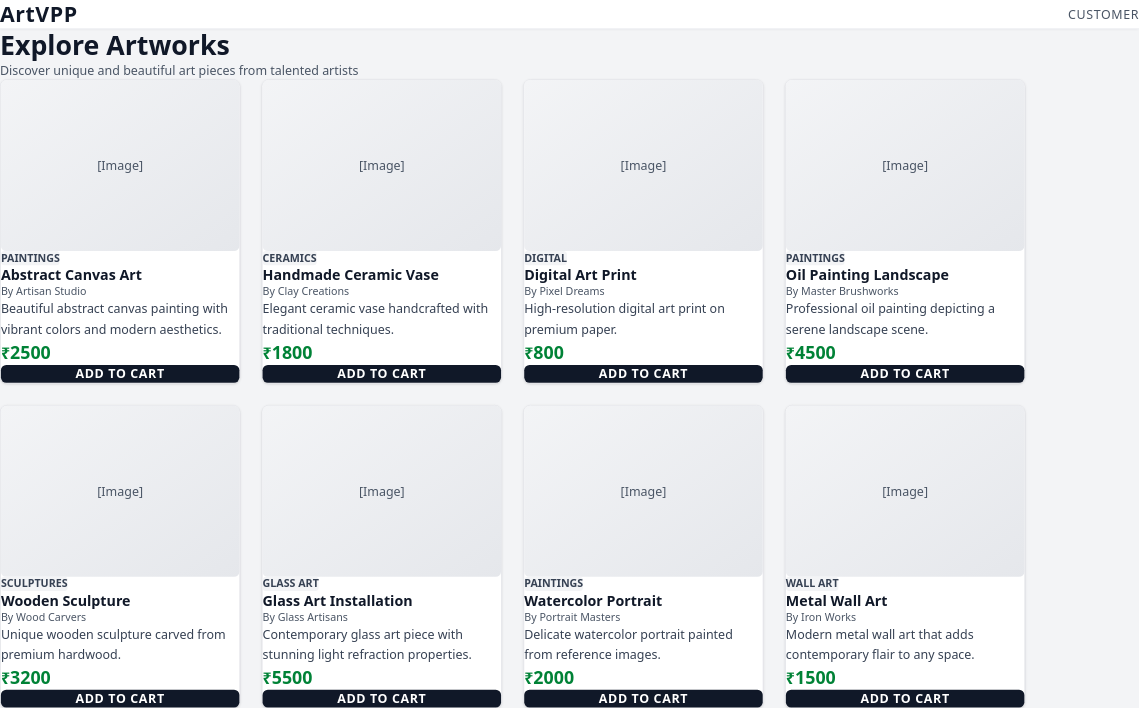
Repository: rushikesh-kolpe21/artvpp
Page: / (app in frontend/)
An editor plug-in stored every save of this project. The page is shown before and after the next save, followed by the edit.
The browser window is 1280 px wide. The pictures show the whole page, at 89% of full size.
The project was rebuilt for these pictures with package versions that can differ from the ones it lists, and the page was loaded fresh each time. Also part of the build but not shown: frontend/vite.config.js.

Above is the page before, as saved 2026-02-06 15:26:43.

### frontend/src/index.css
@import "tailwindcss";

* {
  margin: 0;
  padding: 0;
  box-sizing: border-box;
}

html, body, #root {
  height: 100%;
  width: 100%;
}

### frontend/src/App.jsx
import CustomerDashboard from './CustomerDashboard'

function App() {
  return <CustomerDashboard />
}

export default App

### frontend/src/CustomerDashboard.jsx
import Navbar from './components/Navbar';
import ProductCard from './components/ProductCard';
import { products } from './data/products';

function CustomerDashboard() {
  return (
    <div className="bg-gray-100 min-h-screen">
      <Navbar />

      <div className="max-w-6xl mx-auto px-4 py-8 sm:px-6 lg:px-8">
        <div className="mb-8">
          <h1 className="text-3xl font-bold text-gray-900 mb-2">Explore Artworks</h1>
          <p className="text-gray-600 text-sm">Discover unique and beautiful art pieces from talented artists</p>
        </div>

        {products.length > 0 ? (
          <div className="grid grid-cols-1 sm:grid-cols-2 lg:grid-cols-3 xl:grid-cols-4 gap-6">
            {products.map((product) => (
              <ProductCard key={product.id} product={product} />
            ))}
          </div>
        ) : (
          <div className="text-center py-16 text-gray-600">
            <h2 className="text-xl mb-2 text-gray-900">No Products Available</h2>
            <p className="text-sm">Check back soon for amazing artworks!</p>
          </div>
        )}
      </div>
    </div>
  );
}

export default CustomerDashboard;

### frontend/src/components/Navbar.jsx
function Navbar() {
  return (
    <nav className="bg-white border-b border-gray-200 px-8 py-4 shadow-sm sticky top-0 z-100">
      <div className="flex justify-between items-center">
        <div className="text-2xl font-bold text-gray-900 tracking-wide">ArtVPP</div>
        <div className="text-sm font-medium text-gray-600 uppercase tracking-wider">Customer</div>
      </div>
    </nav>
  );
}

export default Navbar;

### frontend/src/components/ProductCard.jsx
function ProductCard({ product }) {
  const handleAddToCart = () => {
    alert(`"${product.name}" added to cart!`);
  };

  return (
    <div className="bg-white border border-gray-200 rounded-lg p-5 flex flex-col h-full shadow-sm hover:shadow-lg hover:-translate-y-0.5 transition-all duration-300">
      <div className="w-full h-48 bg-gradient-to-br from-gray-100 to-gray-200 rounded-md mb-4 flex items-center justify-center text-gray-600 text-sm text-center">
        [Image]
      </div>

      <span className="inline-block bg-gray-100 text-gray-700 px-2.5 py-1 rounded text-xs font-semibold uppercase mb-2.5 w-fit">
        {product.category}
      </span>

      <h3 className="text-base font-bold text-gray-900 mb-2 leading-snug">
        {product.name}
      </h3>

      <p className="text-xs text-gray-600 mb-3 font-medium">By {product.vendor}</p>

      <p className="text-sm text-gray-700 mb-4 line-clamp-2 flex-grow leading-relaxed">
        {product.description}
      </p>

      <div className="text-xl font-bold text-green-700 mb-4">
        <span className="text-lg">₹</span>{product.price}
      </div>

      <button
        className="w-full py-3 px-4 bg-gray-900 text-white rounded-md font-semibold uppercase text-sm tracking-wider hover:bg-gray-800 active:scale-95 transition-all duration-200"
        onClick={handleAddToCart}
      >
        Add to Cart
      </button>
    </div>
  );
}

export default ProductCard;

### frontend/src/data/products.js
export const products = [
  {
    id: 1,
    name: "Abstract Canvas Art",
    category: "Paintings",
    price: 2500,
    vendor: "Artisan Studio",
    description: "Beautiful abstract canvas painting with vibrant colors and modern aesthetics."
  },
  {
    id: 2,
    name: "Handmade Ceramic Vase",
    category: "Ceramics",
    price: 1800,
    vendor: "Clay Creations",
    description: "Elegant ceramic vase handcrafted with traditional techniques."
  },
  {
    id: 3,
    name: "Digital Art Print",
    category: "Digital",
    price: 800,
    vendor: "Pixel Dreams",
    description: "High-resolution digital art print on premium paper."
  },
  {
    id: 4,
    name: "Oil Painting Landscape",
    category: "Paintings",
    price: 4500,
    vendor: "Master Brushworks",
    description: "Professional oil painting depicting a serene landscape scene."
  },
  {
    id: 5,
    name: "Wooden Sculpture",
    category: "Sculptures",
    price: 3200,
    vendor: "Wood Carvers",
    description: "Unique wooden sculpture carved from premium hardwood."
  },
  {
    id: 6,
    name: "Glass Art Installation",
    category: "Glass Art",
    price: 5500,
    vendor: "Glass Artisans",
    description: "Contemporary glass art piece with stunning light refraction properties."
  },
  {
    id: 7,
    name: "Watercolor Portrait",
    category: "Paintings",
    price: 2000,
    vendor: "Portrait Masters",
    description: "Delicate watercolor portrait painted from reference images."
  },
  {
    id: 8,
    name: "Metal Wall Art",
    category: "Wall Art",
    price: 1500,
    vendor: "Iron Works",
    description: "Modern metal wall art that adds contemporary flair to any space."
  }
];

Loaded but not shown: frontend/index.html (common file); frontend/src/main.jsx (common file)

After the next save:
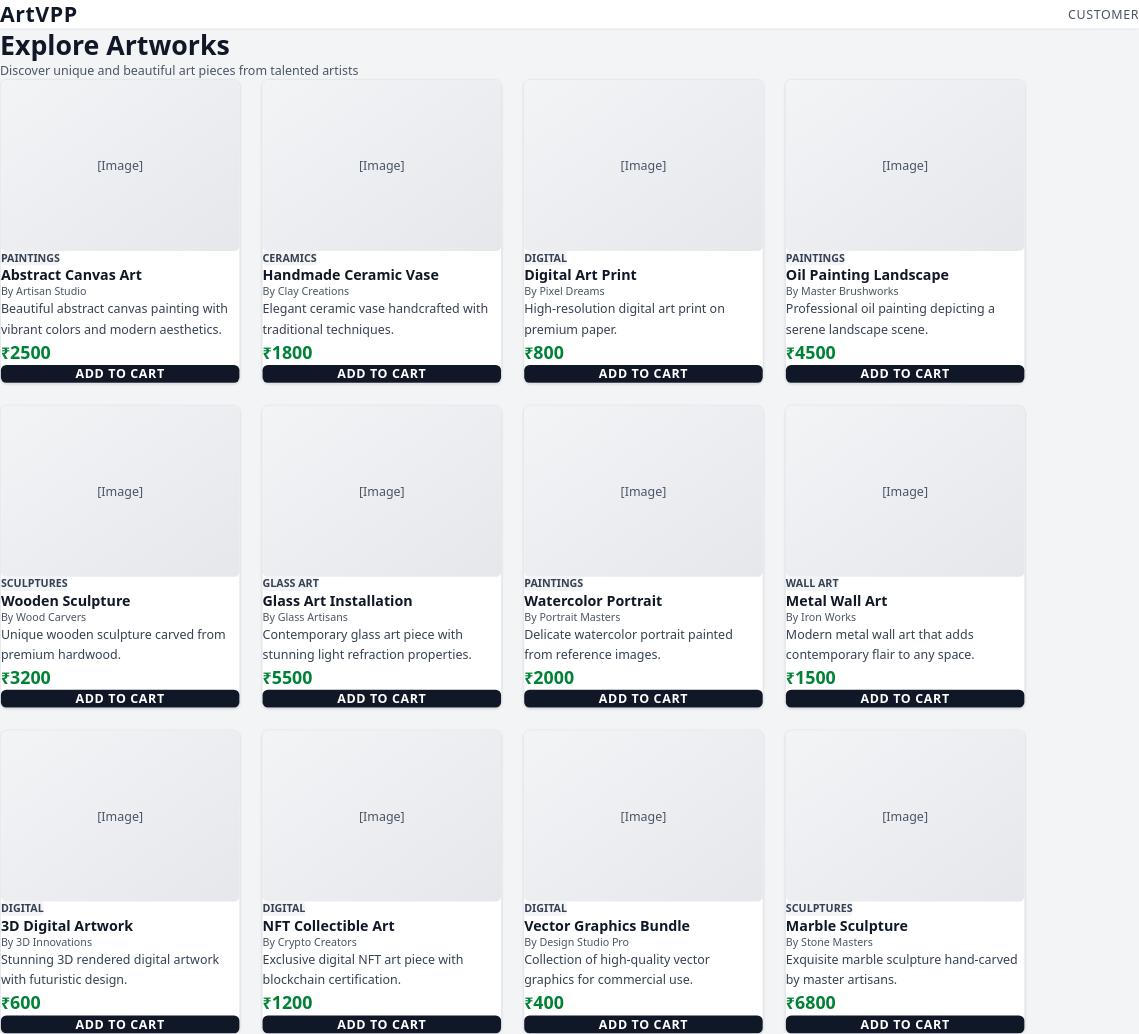
Saved 12 min 33 s later.
--- a/frontend/src/data/products.js
+++ b/frontend/src/data/products.js
@@ -3,6 +3,7 @@ export const products = [
     id: 1,
     name: "Abstract Canvas Art",
     category: "Paintings",
+    mainCategory: "Art Products",
     price: 2500,
     vendor: "Artisan Studio",
     description: "Beautiful abstract canvas painting with vibrant colors and modern aesthetics."
@@ -11,6 +12,7 @@ export const products = [
     id: 2,
     name: "Handmade Ceramic Vase",
     category: "Ceramics",
+    mainCategory: "Art Products",
     price: 1800,
     vendor: "Clay Creations",
     description: "Elegant ceramic vase handcrafted with traditional techniques."
@@ -19,6 +21,7 @@ export const products = [
     id: 3,
     name: "Digital Art Print",
     category: "Digital",
+    mainCategory: "Digital Art",
     price: 800,
     vendor: "Pixel Dreams",
     description: "High-resolution digital art print on premium paper."
@@ -27,6 +30,7 @@ export const products = [
     id: 4,
     name: "Oil Painting Landscape",
     category: "Paintings",
+    mainCategory: "Art Products",
     price: 4500,
     vendor: "Master Brushworks",
     description: "Professional oil painting depicting a serene landscape scene."
@@ -35,6 +39,7 @@ export const products = [
     id: 5,
     name: "Wooden Sculpture",
     category: "Sculptures",
+    mainCategory: "Art Products",
     price: 3200,
     vendor: "Wood Carvers",
     description: "Unique wooden sculpture carved from premium hardwood."
@@ -43,6 +48,7 @@ export const products = [
     id: 6,
     name: "Glass Art Installation",
     category: "Glass Art",
+    mainCategory: "Art Products",
     price: 5500,
     vendor: "Glass Artisans",
     description: "Contemporary glass art piece with stunning light refraction properties."
@@ -51,6 +57,7 @@ export const products = [
     id: 7,
     name: "Watercolor Portrait",
     category: "Paintings",
+    mainCategory: "Art Products",
     price: 2000,
     vendor: "Portrait Masters",
     description: "Delicate watercolor portrait painted from reference images."
@@ -59,8 +66,45 @@ export const products = [
     id: 8,
     name: "Metal Wall Art",
     category: "Wall Art",
+    mainCategory: "Art Products",
     price: 1500,
     vendor: "Iron Works",
     description: "Modern metal wall art that adds contemporary flair to any space."
+  },
+  {
+    id: 9,
+    name: "3D Digital Artwork",
+    category: "Digital",
+    mainCategory: "Digital Art",
+    price: 600,
+    vendor: "3D Innovations",
+    description: "Stunning 3D rendered digital artwork with futuristic design."
+  },
+  {
+    id: 10,
+    name: "NFT Collectible Art",
+    category: "Digital",
+    mainCategory: "Digital Art",
+    price: 1200,
+    vendor: "Crypto Creators",
+    description: "Exclusive digital NFT art piece with blockchain certification."
+  },
+  {
+    id: 11,
+    name: "Vector Graphics Bundle",
+    category: "Digital",
+    mainCategory: "Digital Art",
+    price: 400,
+    vendor: "Design Studio Pro",
+    description: "Collection of high-quality vector graphics for commercial use."
+  },
+  {
+    id: 12,
+    name: "Marble Sculpture",
+    category: "Sculptures",
+    mainCategory: "Art Products",
+    price: 6800,
+    vendor: "Stone Masters",
+    description: "Exquisite marble sculpture hand-carved by master artisans."
   }
 ];
